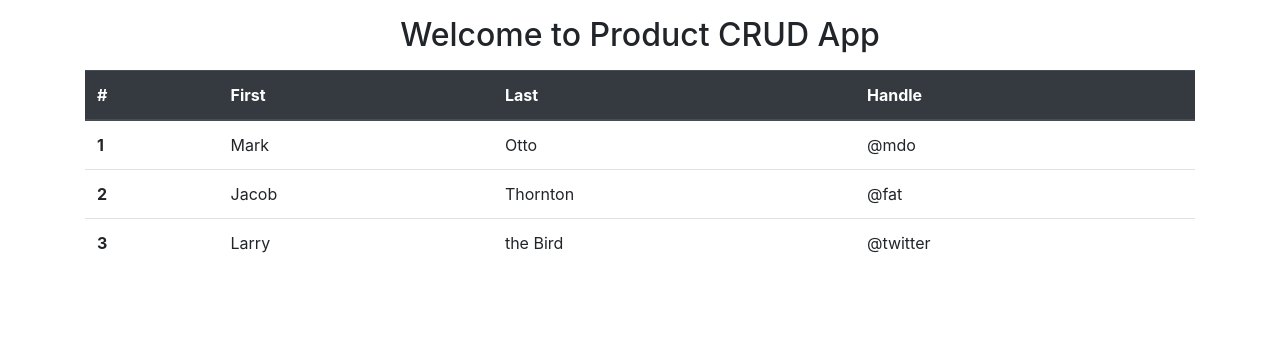
Repository: saroj789/Spring-Practice
Page: http://localhost/productcrudapp/WEB-INF/views/home.jsp
An editor plug-in stored every save of this project. The page is shown before and after the next save, followed by the edit.
The browser window is 1280 px wide. The pictures show the whole page.
The page is served by Tomcat 9. Nobody is signed in. Other server files are loaded and not shown. The template is opened directly, without the code that normally fills it, so the values that code supplies are empty.

Above is the page before, as saved 2023-07-23 08:34:42.

### productcrudapp/src/main/webapp/WEB-INF/views/home.jsp
<%@ page language="java" contentType="text/html; charset=UTF-8"
    pageEncoding="UTF-8"%>
<!DOCTYPE html>
<html>
<head>
<meta charset="UTF-8">
 <%@include file="./base.jsp" %>
</head>
<body>

	<div class="container mt-3">
		<div class="row">
			<div class="col-md-12">
				<h2 class="text-center mb-3">Welcome to Product CRUD App</h2>
				<table class="table">
				  <thead class="thead-dark">
				    <tr>
				      <th scope="col">#</th>
				      <th scope="col">First</th>
				      <th scope="col">Last</th>
				      <th scope="col">Handle</th>
				    </tr>
				  </thead>
				  <tbody>
				    <tr>
				      <th scope="row">1</th>
				      <td>Mark</td>
				      <td>Otto</td>
				      <td>@mdo</td>
				    </tr>
				    <tr>
				      <th scope="row">2</th>
				      <td>Jacob</td>
				      <td>Thornton</td>
				      <td>@fat</td>
				    </tr>
				    <tr>
				      <th scope="row">3</th>
				      <td>Larry</td>
				      <td>the Bird</td>
				      <td>@twitter</td>
				    </tr>
				  </tbody>
				</table>
			</div>
		</div>
	</div>

</body>
</html>

### productcrudapp/src/main/webapp/WEB-INF/views/base.jsp
<%@ page language="java" contentType="text/html; charset=UTF-8"
    pageEncoding="UTF-8"%>
<%@ taglib prefix = "c" uri = "http://java.sun.com/jsp/jstl/core" %>
<%@page isELIgnored="false" %>

 	<meta charset="utf-8">
    <meta name="viewport" content="width=device-width, initial-scale=1, shrink-to-fit=no">

    <!-- Bootstrap CSS -->
    <link rel="stylesheet" href="https://cdn.jsdelivr.net/npm/bootstrap@4.3.1/dist/css/bootstrap.min.css" integrity="sha384-ggOyR0iXCbMQv3Xipma34MD+dH/1fQ784/j6cY/iJTQUOhcWr7x9JvoRxT2MZw1T" crossorigin="anonymous">

    <title> <c:out value="${title}">Product CRUD APP</c:out> </title>

    <!-- Optional JavaScript -->
    <!-- jQuery first, then Popper.js, then Bootstrap JS -->
    <script src="https://code.jquery.com/jquery-3.3.1.slim.min.js" integrity="sha384-q8i/X+965DzO0rT7abK41JStQIAqVgRVzpbzo5smXKp4YfRvH+8abtTE1Pi6jizo" crossorigin="anonymous"></script>
    <script src="https://cdn.jsdelivr.net/npm/popper.js@1.14.7/dist/umd/popper.min.js" integrity="sha384-UO2eT0CpHqdSJQ6hJty5KVphtPhzWj9WO1clHTMGa3JDZwrnQq4sF86dIHNDz0W1" crossorigin="anonymous"></script>
    <script src="https://cdn.jsdelivr.net/npm/bootstrap@4.3.1/dist/js/bootstrap.min.js" integrity="sha384-JjSmVgyd0p3pXB1rRibZUAYoIIy6OrQ6VrjIEaFf/nJGzIxFDsf4x0xIM+B07jRM" crossorigin="anonymous"></script>

After the next save:
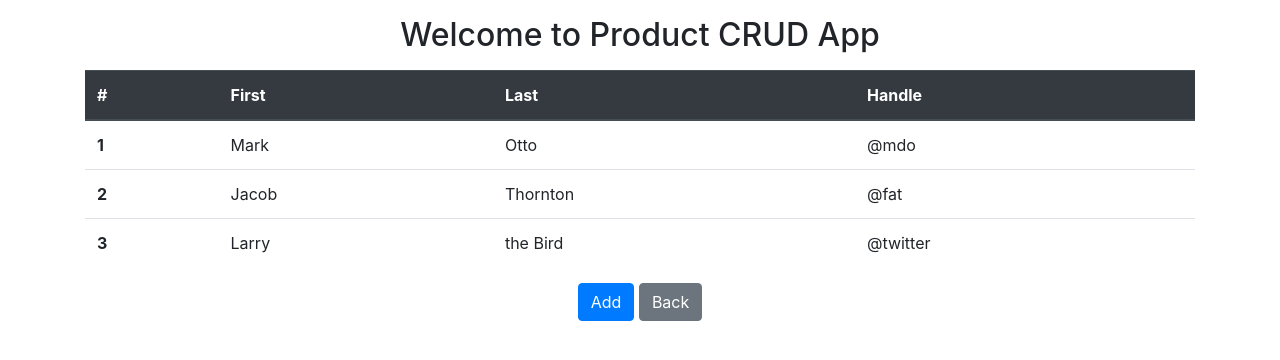
Saved 46 s later.
--- a/productcrudapp/src/main/webapp/WEB-INF/views/home.jsp
+++ b/productcrudapp/src/main/webapp/WEB-INF/views/home.jsp
@@ -42,6 +42,13 @@
 				    </tr>
 				  </tbody>
 				</table>
+
+				<div class="container text-center">
+			      <button type="submit" class="btn btn-primary">Add</button>
+			      <!-- <button type="button" class="btn btn-secondary" onclick="goBack()">Back</button> -->
+			      <a href="${pageContext.request.contextPath}/"
+			      	  class="btn btn-secondary">Back</a>
+		     	 </div>
 			</div>
 		</div>
 	</div>
